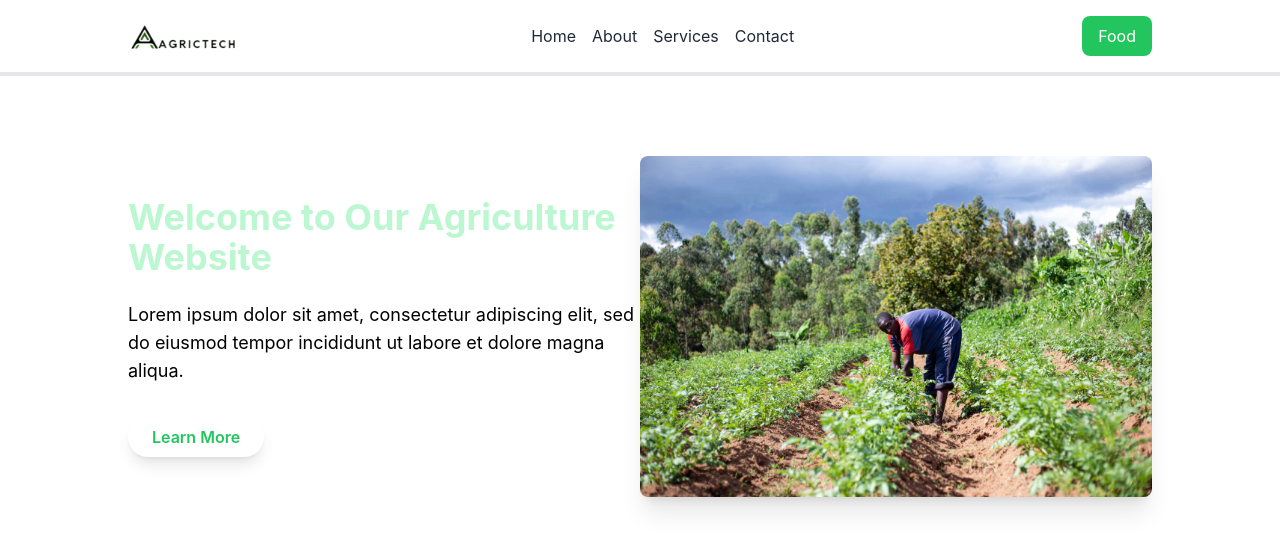
Repository: akinolapo/agric-tech
Page: /
These files come from the project's save history. The page is drawn as it stood at one moment and after the next save; the edit follows.
The browser window is 1280 px wide. The pictures show the whole page.
The project was rebuilt for these pictures with package versions that can differ from the ones it lists, and the page was loaded fresh each time.

Above is the page before, as saved 2023-05-27 00:10:53.

### src/App.js
import React from 'react'
import Header from './components/Header'
import Hero from './components/Hero'

const App = () => {
  return (
    <div>
      <Header/>
      <Hero/>
    </div>
  )
}

export default App

### src/components/Header.jsx
import React, { useState } from 'react';

const Header = () => {
  const [isMenuOpen, setIsMenuOpen] = useState(false);

  const toggleMenu = () => {
    setIsMenuOpen(!isMenuOpen);
  };

  const closeMenu = () => {
    setIsMenuOpen(false);
  };

  return (
    <header className="bg-white border-b-4">
      <div className="container mx-auto flex justify-between items-center py-4 px-5 sm:px-32">
        <div className="flex items-center">
          <img
            src={process.env.PUBLIC_URL+`media/logo.png`}
            alt="Logo"
            className="h-8 w-auto"
          />
        </div>
        <div className="hidden md:flex space-x-4">
          <a href="#" className="text-gray-800 hover:text-gray-600">Home</a>
          <a href="#" className="text-gray-800 hover:text-gray-600">About</a>
          <a href="#" className="text-gray-800 hover:text-gray-600">Services</a>
          <a href="#" className="text-gray-800 hover:text-gray-600">Contact</a>
        </div>
        <div className="md:hidden">
          <button
            type="button"
            className="flex items-center p-2 rounded-md text-gray-800 hover:text-gray-600 focus:outline-none"
            onClick={toggleMenu}
          >
            <svg
              xmlns="http://www.w3.org/2000/svg"
              className="h-6 w-6"
              fill="none"
              viewBox="0 0 24 24"
              stroke="currentColor"
            >
              <path
                strokeLinecap="round"
                strokeLinejoin="round"
                strokeWidth="2"
                d="M4 6h16M4 12h16M4 18h16"
              />
            </svg>
          </button>

        </div>
        <div className="hidden md:block">
          <button
            type="button"
            className="bg-green-500 text-white rounded-lg py-2 px-4"
          >
            Food
          </button>
        </div>
      </div>
      <div>
          {isMenuOpen && (
            <div className="mt-2 w-full">
              <ul className="bg-white border rounded-md divide-y divide-gray-200 shadow-md">
                <li className="py-2 px-4">
                  <a href="#" className="text-gray-800 hover:text-gray-600">Home</a>
                </li>
                <li className="py-2 px-4">
                  <a href="#" className="text-gray-800 hover:text-gray-600">About</a>
                </li>
                <li className="py-2 px-4">
                  <a href="#" className="text-gray-800 hover:text-gray-600">Services</a>
                </li>
                <li className="py-2 px-4">
                  <a href="#" className="text-gray-800 hover:text-gray-600">Contact</a>
                </li>
                <li className="py-2 px-4">
                  <button
                    type="button"
                    className="bg-green-500 text-white rounded-lg py-2 px-4 w-full"
                  >
                    Food
                  </button>
                </li>
              </ul>
              <div className="absolute top-0 right-0 p-2">
              </div>
            </div>
          )}
          </div>
    </header>
  );
};

export default Header;

### src/components/Hero.jsx
import React from 'react';

const Hero = () => {
  return (
    <section className="bg-white text-black py-20 px-5 sm:px-32">
      <div className="container mx-auto flex flex-col lg:flex-row items-center">
        <div className="lg:w-1/2">
          <h1 className="text-4xl font-bold mb-6 text-green-200">Welcome to Our Agriculture Website</h1>
          <p className="text-lg mb-8">Lorem ipsum dolor sit amet, consectetur adipiscing elit, sed do eiusmod tempor incididunt ut labore et dolore magna aliqua.</p>
          <button className="bg-white text-green-500 py-2 px-6 rounded-full font-semibold shadow-lg hover:shadow-xl transition duration-300">Learn More</button>
        </div>
        <div className="lg:w-1/2">
          <img src={process.env.PUBLIC_URL+`media/hero.jpg`}alt="Agriculture" className="rounded-lg shadow-xl" />
        </div>
      </div>
    </section>
  );
};

export default Hero;

Loaded but not shown: public/index.html (common file); src/index.js (common file); src/index.css (common file); tailwind.config.js (common file)

After the next save:
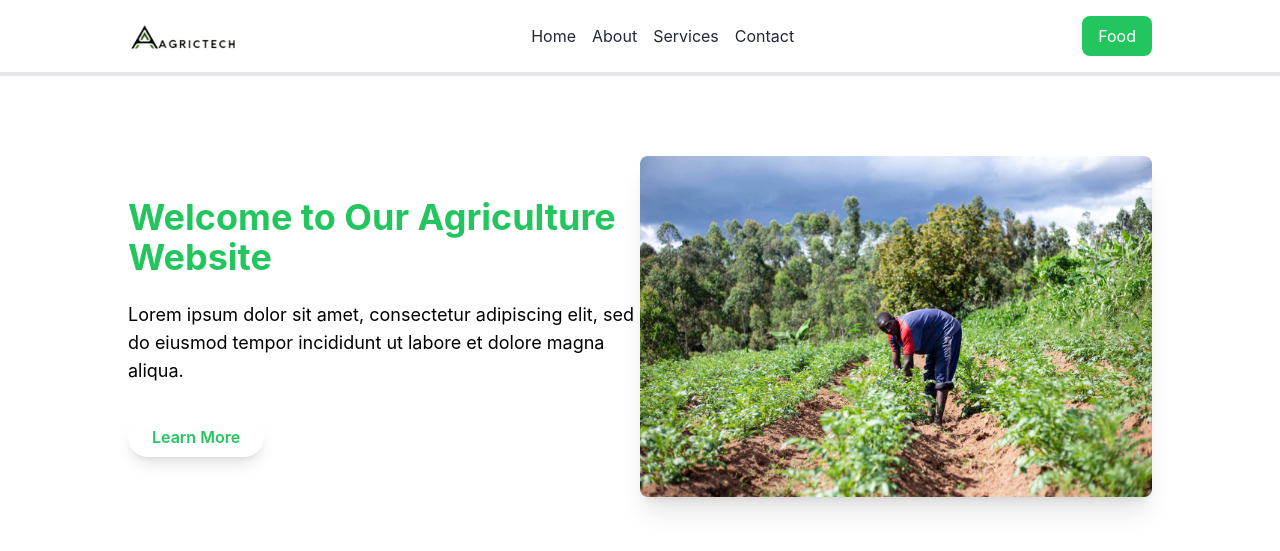
Saved 9 s later.
--- a/src/components/Hero.jsx
+++ b/src/components/Hero.jsx
@@ -5,7 +5,7 @@ const Hero = () => {
     <section className="bg-white text-black py-20 px-5 sm:px-32">
       <div className="container mx-auto flex flex-col lg:flex-row items-center">
         <div className="lg:w-1/2">
-          <h1 className="text-4xl font-bold mb-6 text-green-200">Welcome to Our Agriculture Website</h1>
+          <h1 className="text-4xl font-bold mb-6 text-green-500">Welcome to Our Agriculture Website</h1>
           <p className="text-lg mb-8">Lorem ipsum dolor sit amet, consectetur adipiscing elit, sed do eiusmod tempor incididunt ut labore et dolore magna aliqua.</p>
           <button className="bg-white text-green-500 py-2 px-6 rounded-full font-semibold shadow-lg hover:shadow-xl transition duration-300">Learn More</button>
         </div>
